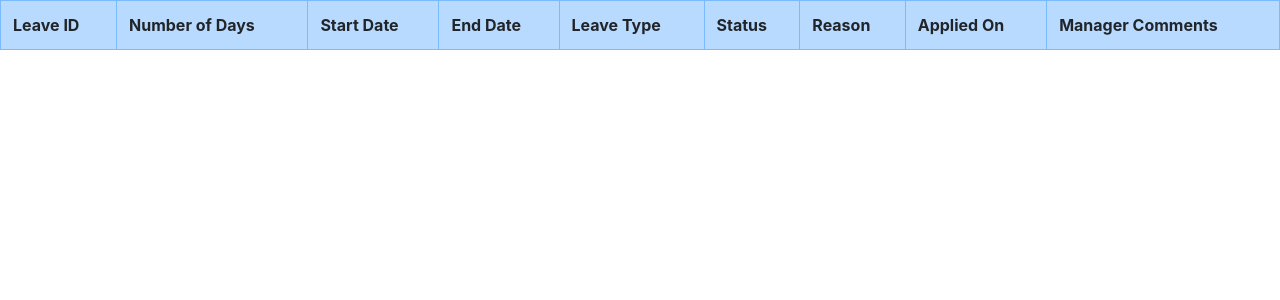
Repository: rkmr039/EMS_PROJECT
Page: http://localhost/EMS/EmpLeaves.jsp
The author's editor kept a copy of each file at every save. The page is drawn from the files as they stood at one save, then again after the next save.
The browser window is 1280 px wide. The pictures show the whole page.
The page is served by Tomcat 9.

Above is the page before, as saved 2019-08-27 11:15:15.
Console error: TypeError: Cannot read properties of undefined (reading 'fn')

After the next save:
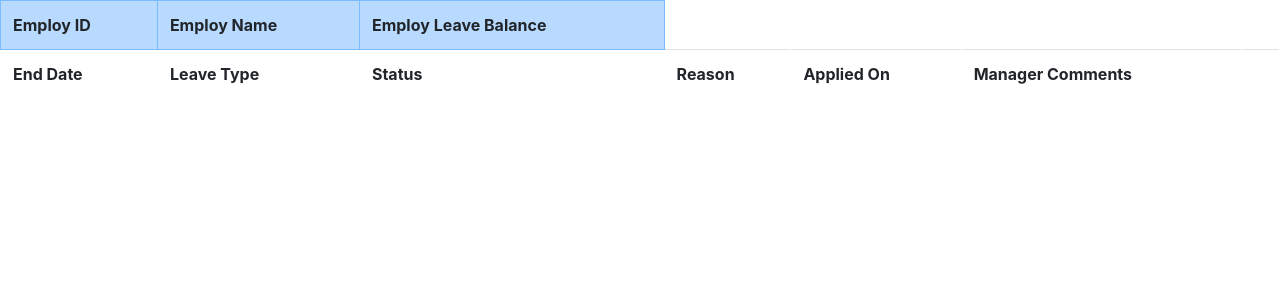
Saved 22 min 33 s later.
--- a/EMS/WebContent/EmpLeaves.jsp
+++ b/EMS/WebContent/EmpLeaves.jsp
@@ -12,15 +12,18 @@
 <body>
 	<table class="table" border="1" bordercolor=white>
 		<tr class="table-primary">
-			<th>Leave ID</th>
-			<th>Number of Days</th>
-			<th>Start Date</th>
+			<th>Employ ID</th>
+			<th>Employ Name</th>
+			<th>Employ Leave Balance</th>
+		</tr>
+		<tr>
 			<th>End Date</th>
 			<th>Leave Type</th>
 			<th>Status</th>
 			<th>Reason</th>
 			<th>Applied On</th>
 			<th>Manager Comments</th>
+			<th></th>
 		</tr>
 	</table>
 
